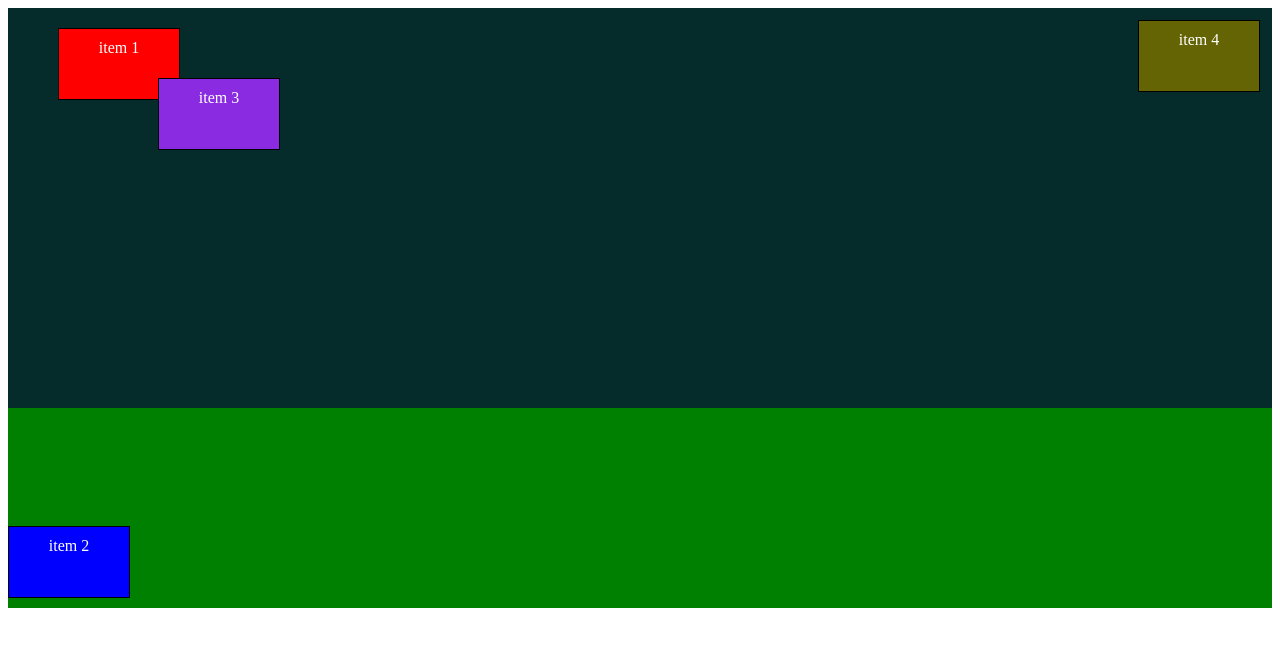
Repository: nmaury/TpsCambodge
Page: InternetProgramming/Css/sample.html
The author's editor kept a copy of each file at every save. The page is drawn from the files as they stood at one save, then again after the next save.
The browser window is 1280 px wide. The pictures show the whole page.

Above is the page before, as saved 2022-12-06 02:54:26.

After the next save:
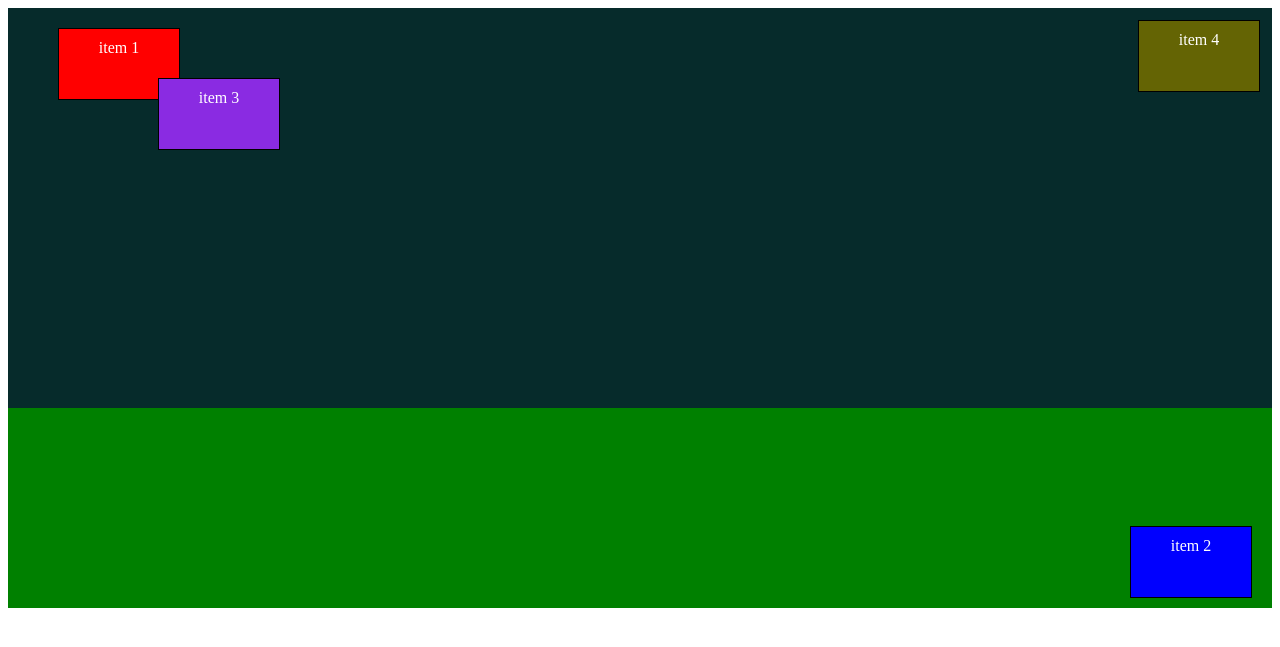
Saved 48 s later.
--- a/InternetProgramming/Css/sample.css
+++ b/InternetProgramming/Css/sample.css
@@ -15,7 +15,8 @@
 }
 .item2{
     background-color: blue;
-    bottom:10px
+    bottom:10px;
+    right: 20px;
 }
 .item3{
     background-color: blueviolet;
